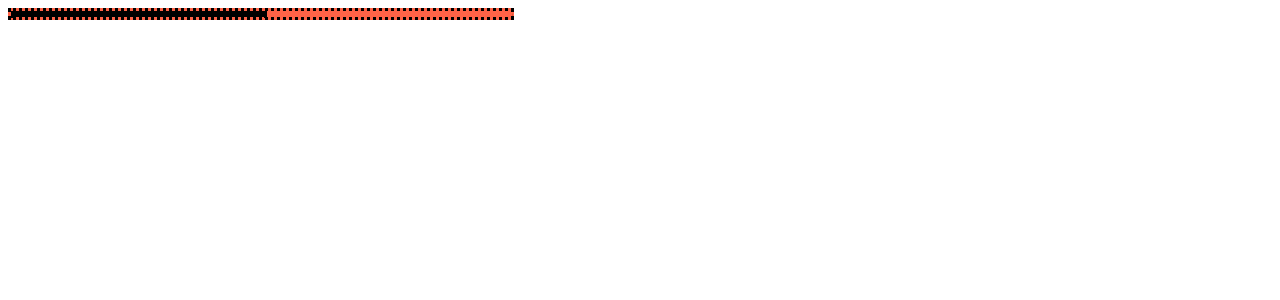
Repository: riteshdeepikaparthmisha/dummy-page
Page: index.html
These files come from the project's save history. The page is drawn as it stood at one moment and after the next save; the edit follows.
The browser window is 1280 px wide. The pictures show the whole page.

Above is the page before, as saved 2019-05-31 11:53:25.

### index.html
<html>
    <head>
        <title>Index</title>

        <link rel="stylesheet" href="index.css" />
    </head>
    <body>






        <div class="outerDiv">
            <div class="innerDiv">
            </div>
        </div>


    </body>

</html>

### index.css
.lbl
{
    font-family: Verdana, Geneva, Tahoma, sans-serif;
    font-size: 12px;
    color:bisque;
}
.outerDiv
{
    background-color: tomato;
    width:500px;
    border-style: dotted;
}
.innerDiv
{
    background-color: black;
    width:50%;
    border-style: dotted;
}

After the next save:
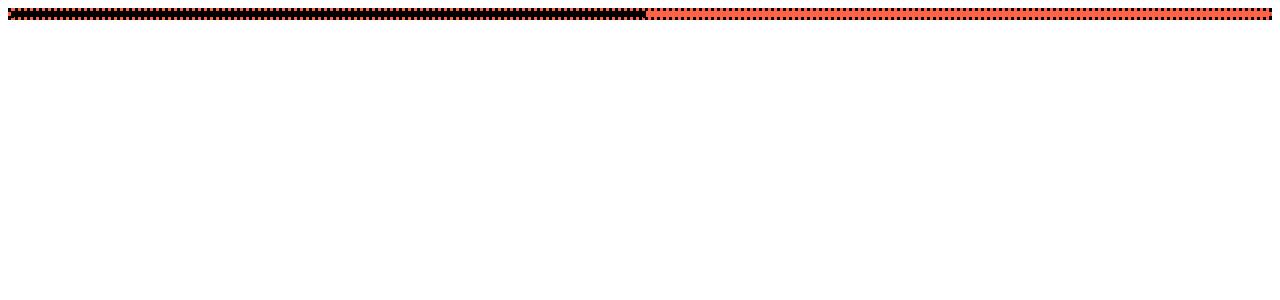
Saved 19 s later.
--- a/index.css
+++ b/index.css
@@ -7,7 +7,7 @@
 .outerDiv
 {
     background-color: tomato;
-    width:500px;
+    width:vw;
     border-style: dotted;
 }
 .innerDiv
